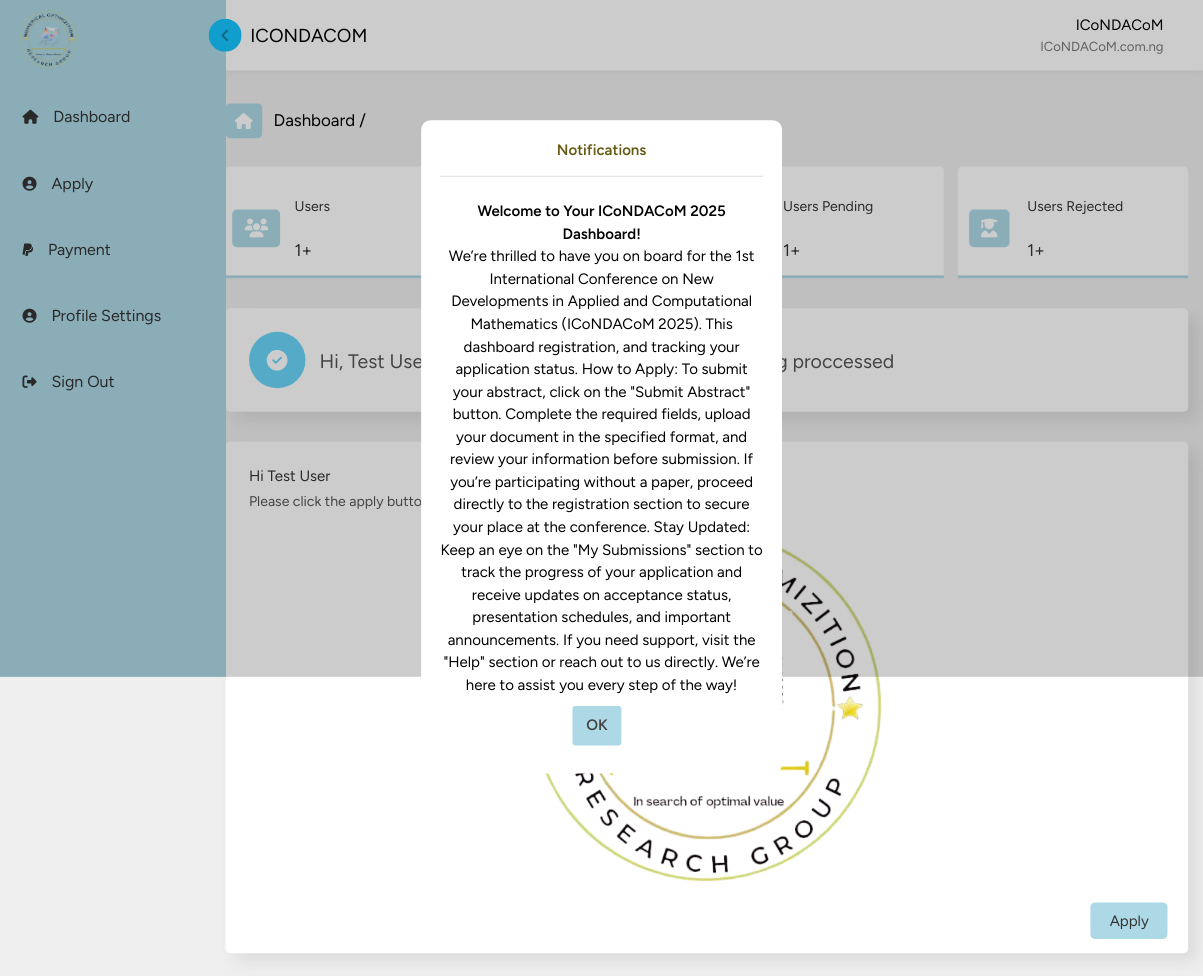
Repository: mrcode-gmb/aa-lectturn
Page: http://localhost/dashboard
An editor plug-in stored every save of this project. The page is shown before and after a run of saves, followed by the edit.
The browser window is 1280 px wide. The pictures show the whole page, at 94% of full size.
The page is served by the project's Laravel application, run on PHP 8.4 with Laravel 10. A made-up administrator, Test User (test@example.com), is signed in. Other server files are loaded and not shown. Queries for data that is not in the repository find no rows.

Above is the page before, as saved 2025-02-07 10:23:48.

### routes/web.php
<?php

use App\Models\User;
use Illuminate\Support\Facades\Mail;
use Illuminate\Support\Facades\Route;
use App\Http\Controllers\ProfileController;
use App\Http\Controllers\ApplyCompetationController;

/*
|--------------------------------------------------------------------------
| Web Routes
|--------------------------------------------------------------------------
|
| Here is where you can register web routes for your application. These
| routes are loaded by the RouteServiceProvider and all of them will
| be assigned to the "web" middleware group. Make something great!
|
*/

Route::get('/', function () {
    return view('welcome');
});

Route::get('/dashboard', function () {
    return view('dashboard',
    [
        "allUsers" => User::where("role",2)->count(),
        "allPendingUsers" => User::where("status",1)->count(),
        "allApprovedUsers" => User::where("status",2)->count(),
        "allRejectedUsers" => User::where("status",3)->count(),
    ]);
})->middleware(['auth', 'verified'])->name('dashboard');

Route::middleware('auth')->group(function () {
    Route::get('/profile', [ProfileController::class, 'edit'])->name('profile.edit');
    Route::patch('/profile', [ProfileController::class, 'update'])->name('profile.update');
    Route::delete('/profile', [ProfileController::class, 'destroy'])->name('profile.destroy');

    Route::controller(ApplyCompetationController::class)->group(function () {
        Route::get("/apply", "index")->name("apply");
        Route::get("/users/applied", "showAppliedUsers")->name("apply.showAppliedUsers");
        Route::get("/users/payment/histories", "showPaymentHistories")->name("apply.showPaymentHistories");
        Route::get("/users/all", "showAlldUsers")->name("all.showAppliedUsers");
        Route::post("apply/store", "store")->name("apply.store");
        Route::post("apply/update", "update")->name("apply.update");
        Route::post("apply/payment-status", "paymentStatus")->name("apply.paymentStatus");
        Route::get("/payment/user", "userPayment")->name("userPayment");
        Route::post("/payment/payment", "userPaymentPayment")->name("userPaymentPayment");
    });
});

require __DIR__ . '/auth.php';

### app/Models/User.php
<?php

namespace App\Models;

// use Illuminate\Contracts\Auth\MustVerifyEmail;
use Illuminate\Database\Eloquent\Factories\HasFactory;
use Illuminate\Foundation\Auth\User as Authenticatable;
use Illuminate\Notifications\Notifiable;
use Laravel\Sanctum\HasApiTokens;

class User extends Authenticatable
{
    use HasApiTokens, HasFactory, Notifiable;

    /**
     * The attributes that are mass assignable.
     *
     * @var array<int, string>
     */
    protected $fillable = [
        'name',
        'email',
        "status",
        'password',
    ];

    /**
     * The attributes that should be hidden for serialization.
     *
     * @var array<int, string>
     */
    protected $hidden = [
        'password',
        'remember_token',
    ];

    /**
     * The attributes that should be cast.
     *
     * @var array<string, string>
     */
    protected $casts = [
        'email_verified_at' => 'datetime',
        'password' => 'hashed',
    ];

    public function userApplied()
    {
        return $this->hasOne(ApplyCompetation::class);
    }
    public function payment()
    {
        return $this->hasOne(Payment::class);
    }
}

### resources/views/dashboard.blade.php
<x-app-layout>
    <div>
        <section id="mainbody">
            <div class="main-body">
                <div class="str">
                    <div class="str-home">
                        <i class="fa fa-home"></i>
                        <div class="db">
                            <h4>Dashboard / &nbsp;</h4>
                            <p></p>
                        </div>
                    </div>
                </div>
                <div>
                    <div class="tabs" id="tabls">
                        <div class="">
                            <div class="container-fluiding">
                                <div class="col-md-3">
                                    <div class="icon-flex">
                                        <div class="left">
                                            <i class="fa fa-users"></i>
                                        </div>
                                        <div class="right">
                                            <h4>Users</h4>
                                            <p class="percent" id="percent">0%</p>
                                        </div>
                                    </div>
                                    <div class="loader">
                                        <div class="shows" id="shows"></div>
                                    </div>
                                </div>
                                <div class="col-md-3">
                                    <div class="icon-flex">
                                        <div class="left">
                                            <i class="fa fa-hand-point-right"></i>
                                        </div>
                                        <div class="right">
                                            <h4>Users Approved</h4>
                                            <p class="percent" id="percent1">0%</p>
                                        </div>
                                    </div>
                                    <div class="loader">
                                        <div class="shows" id="shows1"></div>
                                    </div>
                                </div>
                                <div class="col-md-3">
                                    <div class="icon-flex">
                                        <div class="left">
                                            <i class="fa fa-money-check-alt"></i>
                                        </div>
                                        <div class="right">
                                            <h4>Users Pending</h4>
                                            <p class="percent" id="percent2">0%</p>
                                        </div>
                                    </div>
                                    <div class="loader">
                                        <div class="shows" id="shows2"></div>
                                    </div>
                                </div>
                                <div class="col-md-3">
                                    <div class="icon-flex">
                                        <div class="left">
                                            <i class="fa fa-user-graduate"></i>
                                        </div>
                                        <div class="right">
                                            <h4>Users Rejected</h4>
                                            <p class="percent" id="percent3">0%</p>
                                        </div>
                                    </div>
                                    <div class="loader">
                                        <div class="shows" id="shows3"></div>
                                    </div>
                                </div>
                            </div>
                        </div>
                        <x-auth-session-status class="mb-4" :status="session('status')" />
                        @if (Auth::user()->status != 0)
                            @if (Auth::user()->status == 1)
                                <div class="full-chart">
                                    <div class="chart-title flex-class">
                                        <div class="circle-pending">
                                            <i class="fa fa-check-circle"></i>
                                        </div>
                                        <div class="circle-text">
                                            <p>Hi, {{ Auth::user()->name }}, Congratulation your application is being
                                                proccessed </p>
                                        </div>
                                    </div>
                                </div>
                            @elseif (Auth::user()->status == 2)
                                <div class="full-chart">
                                    <div class="chart-title flex-class">
                                        <div class="circle-success">
                                            <i class="fa fa-check-circle"></i>
                                        </div>
                                        <div class="circle-text">
                                            <p>Hi, {{ Auth::user()->name }}, Congratulation your application has been
                                                approved.
                                            </p>
                                        </div>
                                    </div>
                                </div>
                            @elseif (Auth::user()->status == 3)
                                <div class="full-chart">
                                    <div class="chart-title flex-class">
                                        <div class="circle-rejected">
                                            <i class="fa fa-check-circle"></i>
                                        </div>
                                        <div class="circle-text">
                                            <p>Hi, {{ Auth::user()->name }}, Sorry your application cannot be
                                                considered.
                                            </p>
                                        </div>
                                    </div>
                                </div>
                            @else
                            @endif
                        @endif
                    </div>
                </div>

                @if (Auth::user()->role == 1)
                    <div>
                        <div class="tabs" id="tabls">
                            <div class="full-chart">
                                <div class="chart-title">
                                    <h3>Hi {{ Auth::user()->name }} (Super Admin)</h3>
                                    <p>Please click the manage users button to view, approved, or reject user who apply
                                    </p>
                                </div>
                                <div class="dont-have">
                                    <img src="{{ asset('asset/photos/WhatsApp_Image_2024-10-23_at_8.20.45_PM-removebg-preview.png') }}"
                                        alt="">
                                </div>
                                <div class="create-app">
                                    <a href="apply">
                                        Manage Users
                                    </a>
                                </div>
                            </div>
                            <br>
                        </div>
                    </div>
                @else
                    <div>
                        <div class="tabs" id="tabls">
                            <div class="full-chart">
                                <div class="chart-title">
                                    <h3>Hi {{ Auth::user()->name }}</h3>
                                    <p>Please click the apply button to apply</p>
                                </div>
                                <div class="dont-have">
                                    <img src="{{ asset('asset/photos/WhatsApp_Image_2024-10-23_at_8.20.45_PM-removebg-preview.png') }}"
                                        alt="">
                                </div>
                                <div class="create-app">
                                    <a href="apply">
                                        Apply
                                    </a>
                                </div>
                            </div>
                            <br>
                        </div>
                    </div>
                @endif
                <!-- end design dashboard content  -->
            </div>
        </section>
    </div>
    <div class="modal d-nones text-center font-bold" id="modal">
        <div class="modal-dialog">
            <div class="modal-head">
                <p><b>Notifications</b> </p>
            </div>
            <form class="modal-body">
                <p>
                    <b>Welcome to Your ICoNDACoM 2025 Dashboard!</b> <br>
We’re thrilled to have you on board for the 1st International Conference on New Developments in Applied and Computational Mathematics (ICoNDACoM 2025). This dashboard registration, and tracking your application status.

How to Apply:
To submit your abstract, click on the "Submit Abstract" button. Complete the required fields, upload your document in the specified format, and review your information before submission. If you’re participating without a paper, proceed directly to the registration section to secure your place at the conference.

Stay Updated:
Keep an eye on the "My Submissions" section to track the progress of your application and receive updates on acceptance status, presentation schedules, and important announcements. If you need support, visit the "Help" section or reach out to us directly. We’re here to assist you every step of the way!


                </p>
                <div class="modal-footer text-center">
                    <button type="button" onclick="modalDismiss()">OK</button>
                </div>
            </form>
        </div>
    </div>
    <script>
        const modalDismiss = ()=>{
            document.querySelector("#modal").style.display = "none";
        }
        window.onclick = (e)=>{
            const modal = document.getElementById("modal")
            if(e.target == modal){
                document.querySelector("#modal").style.display = "none";
            }
        }
        window.onload = () => {
            let loader = document.querySelector(".shows"),
                percent = document.querySelector("#percent");

            let loaderStart = 0,
                loaderEnd = {{ $allUsers < 1 ? 1 : $allUsers }},
                loaderTime = 60;

            let start = setInterval(() => {
                loaderStart++;

                percent.textContent = loaderStart + '+';
                loader.style.width = `${loaderStart}`;
                loader.style.background = `rgb(173, 216, 230)`;


                if (loaderStart == loaderEnd) {
                    clearInterval(start);
                }
            }, loaderTime);


            let loader1 = document.querySelector("#shows1"),
                percent1 = document.querySelector("#percent1");

            let loaderStart1 = 0,
                loaderEnd1 = {{ $allApprovedUsers < 1 ? 1 : $allApprovedUsers }},
                loaderTime1 = 60;

            let start1 = setInterval(() => {
                loaderStart1++;

                percent1.textContent = loaderStart1 + '+';
                loader1.style.width = `${loaderStart1}`;
                loader1.style.background = `rgb(173, 216, 230)`;


                if (loaderStart1 == loaderEnd1) {
                    clearInterval(start1);
                }
            }, loaderTime1);




            let loader2 = document.querySelector("#shows2"),
                percent2 = document.querySelector("#percent2");

            let loaderStart2 = 0,
                loaderEnd2 = {{ $allPendingUsers < 1 ? 1 : $allPendingUsers }},
                loaderTime2 = 60;

            let start2 = setInterval(() => {
                loaderStart2++;

                percent2.textContent = loaderStart2 + '+';
                loader2.style.width = `${loaderStart2}`;
                loader2.style.background = `rgb(173, 216, 230)`;


                if (loaderStart2 == loaderEnd2) {
                    clearInterval(start2);
                }
            }, loaderTime2);


            let loader3 = document.querySelector("#shows3"),
                percent3 = document.querySelector("#percent3");

            let loaderStart3 = 0,
                loaderEnd3 = {{ $allRejectedUsers < 1 ? 1 : $allRejectedUsers }},
                loaderTime3 = 60;

            let start3 = setInterval(() => {
                loaderStart3++;

                percent3.textContent = loaderStart3 + '+';
                loader3.style.width = `${loaderStart3}`;
                loader3.style.background = `rgb(173, 216, 230)`;


                if (loaderStart3 == loaderEnd3) {
                    clearInterval(start3);
                }
            }, loaderTime3);

        }
    </script>
</x-app-layout>

### resources/views/components/auth-session-status.blade.php
@props(['status'])

@if ($status)
    <div {{ $attributes->merge(['class' => 'font-medium text-sm text-green-600 dark:text-green-400 alert-success']) }}>
        <i class="fa fa-check-circle"></i>&nbsp;{{ $status }}
    </div>
@endif

Loaded but not shown: routes/auth.php (common file); app/Http/Controllers/Auth/EmailVerificationPromptController.php (common file); app/Http/Controllers/Controller.php (common file); app/Http/Controllers/Auth/VerifyEmailController.php (common file); app/View/Components/AppLayout.php (common file); public/asset/fontawesome-free/css/all.min.css (library); public/asset/fontawesome-free/css/all.css (library); public/asset/styles.css (1619 lines, source omitted); public/asset/form.css (503 lines, source omitted); resources/views/layouts/app.blade.php (123 lines, source omitted); resources/views/layouts/navigation.blade.php (128 lines, source omitted)

After the next 2 saves:
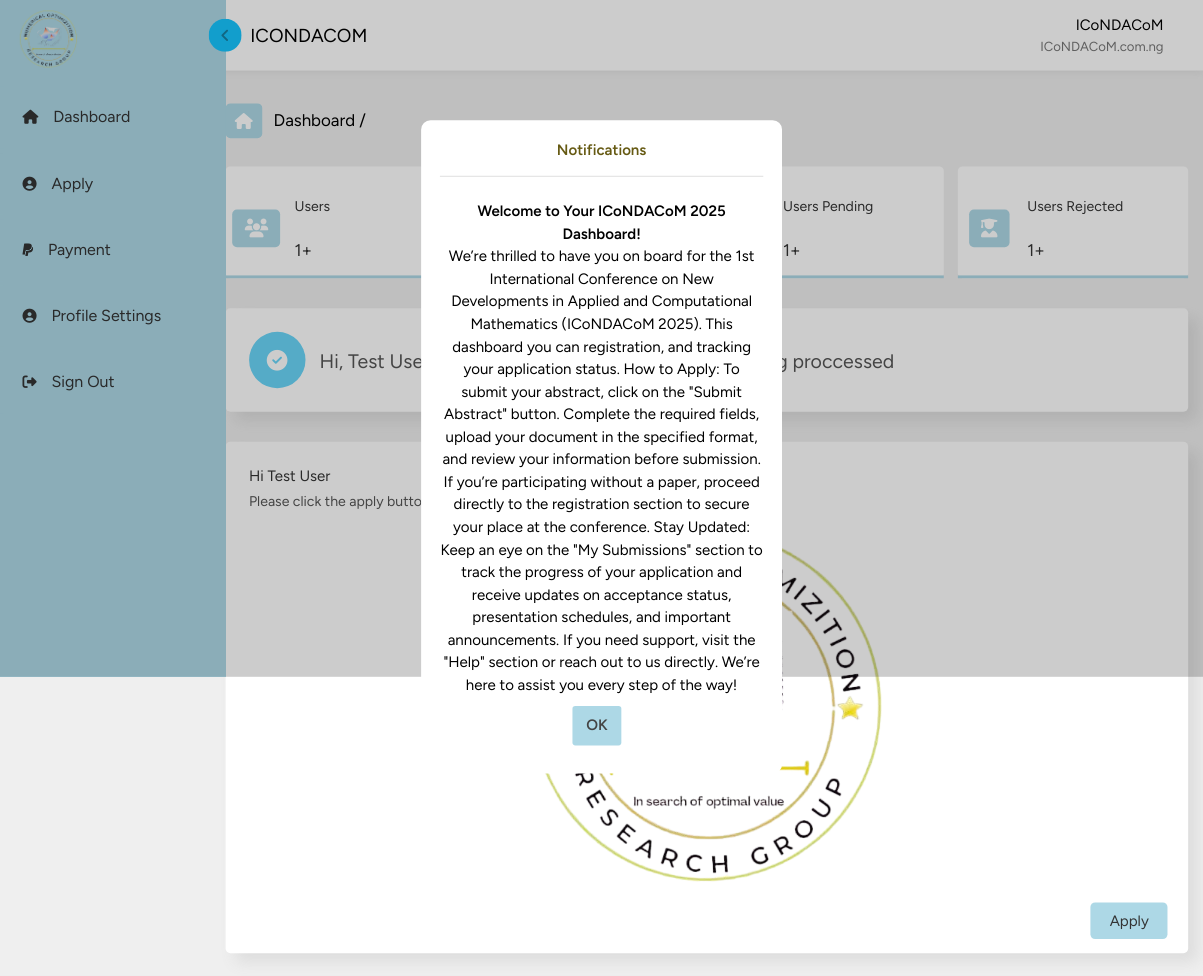
The 2 saves are shown as one change because they came seconds apart.
The last was saved 7 s later.
--- a/resources/views/dashboard.blade.php
+++ b/resources/views/dashboard.blade.php
@@ -175,7 +175,7 @@
             <form class="modal-body">
                 <p>
                     <b>Welcome to Your ICoNDACoM 2025 Dashboard!</b> <br>
-We’re thrilled to have you on board for the 1st International Conference on New Developments in Applied and Computational Mathematics (ICoNDACoM 2025). This dashboard registration, and tracking your application status.
+We’re thrilled to have you on board for the 1st International Conference on New Developments in Applied and Computational Mathematics (ICoNDACoM 2025). This dashboard you can  registration, and tracking your application status.
 
 How to Apply:
 To submit your abstract, click on the "Submit Abstract" button. Complete the required fields, upload your document in the specified format, and review your information before submission. If you’re participating without a paper, proceed directly to the registration section to secure your place at the conference.
